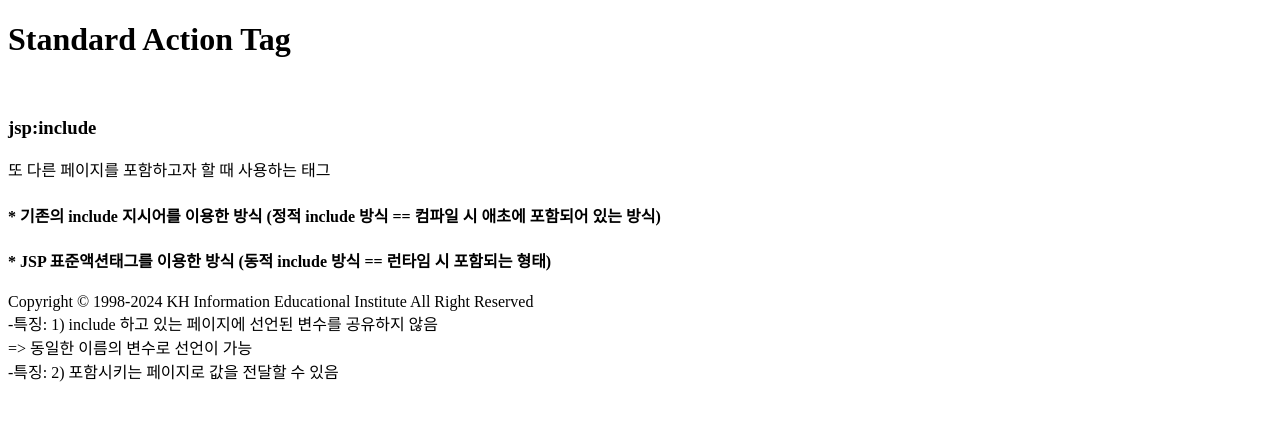
Repository: smjae96/Backup
Page: http://localhost/elActionProject/views/2_StandardAction/01_include.jsp
An editor plug-in stored every save of this project. The page is shown before and after a run of saves, followed by the edit.
The browser window is 1280 px wide. The pictures show the whole page.
The page is served by Tomcat 9.

Above is the page before, as saved 2024-04-01 01:07:49.

After the next 2 saves:
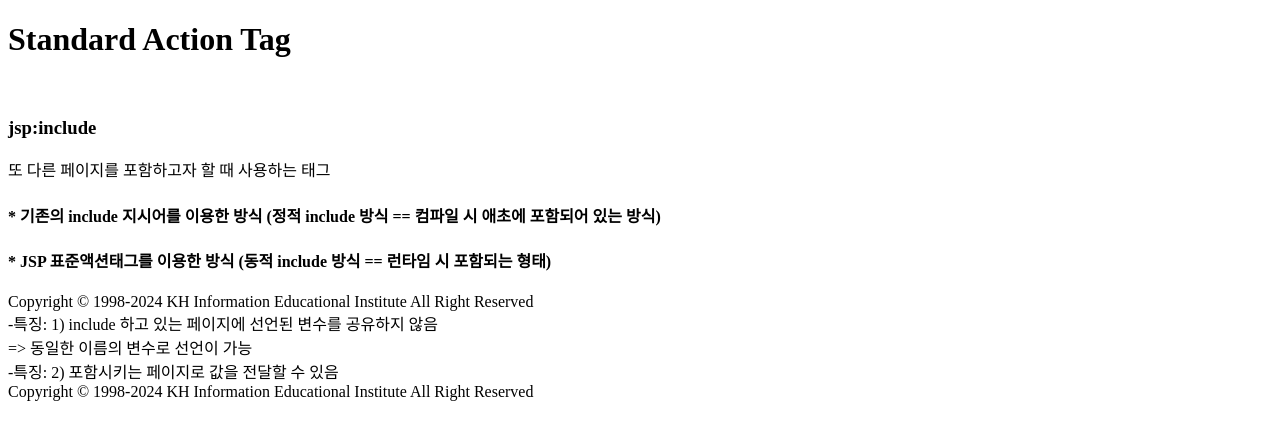
The 2 saves are shown as one change because 1 did not build or start.
The last was saved 66 s later.
--- a/5_JSP/elActionProject/src/main/webapp/views/2_StandardAction/01_include.jsp
+++ b/5_JSP/elActionProject/src/main/webapp/views/2_StandardAction/01_include.jsp
@@ -34,6 +34,9 @@
 	-특징: 1) include 하고 있는 페이지에 선언된 변수를 공유하지 않음<br>
 	=> 동일한 이름의 변수로 선언이 가능<br>
 	<% int year = 2024; %>
-	-특징: 2) 포함시키는 페이지로 값을 전달할 수 있음
+	-특징: 2) 포함시키는 페이지로 값을 전달할 수 있음<br>
+	<jsp:include page="footer.jsp">
+		<jsp:param name="test" value="Hello!" />
+	</jsp:include>
 </body>
 </html>
